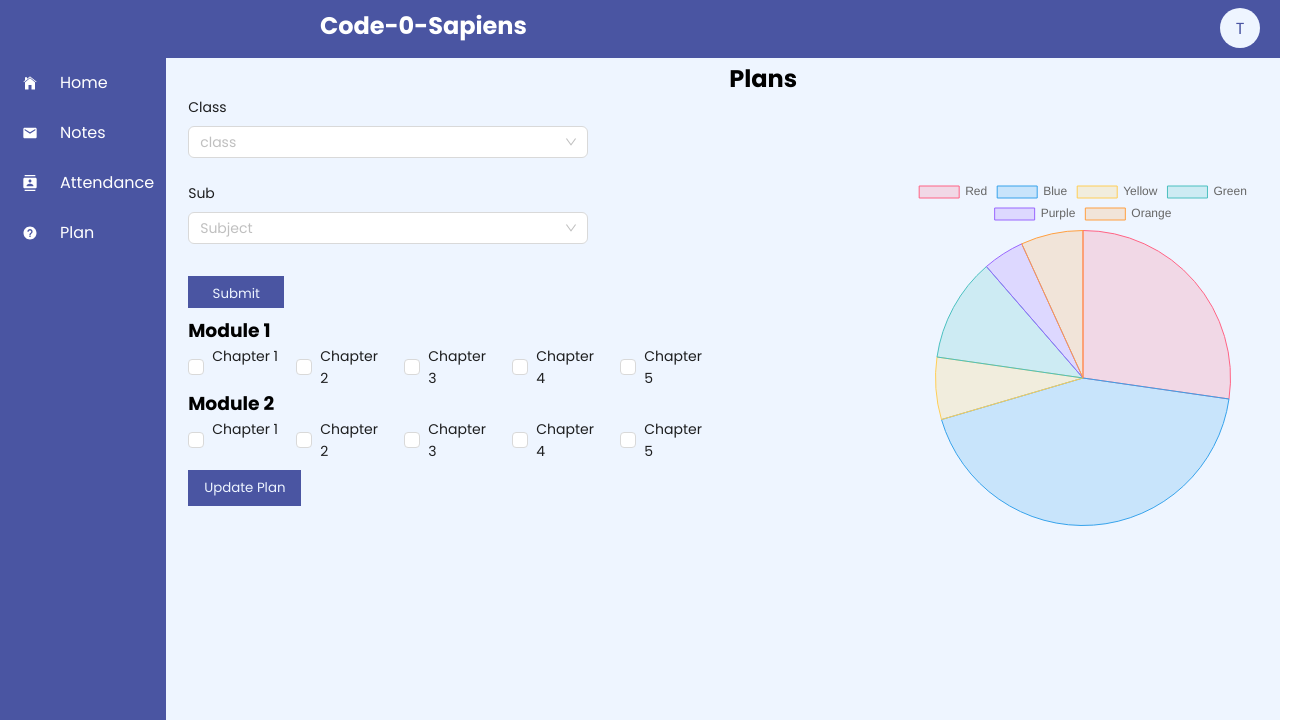
Repository: sinchana-P/code-0-sapiens
Page: /plans (app in client/), after clicking the first element matching `button`
These files come from the project's save history. The page is drawn as it stood at one moment and after the next save; the edit follows.
The browser window is 1280 px wide. The page is 1290 px wide, so the pictures cover 1290 px, including what lies to the right of the window. The pictures show the whole page.
The project was rebuilt for these pictures with package versions that can differ from the ones it lists, and the page was loaded fresh each time. Also part of the build but not shown: client/src/components/auth/login/FormLayoutLogin.jsx, client/src/components/auth/login/Login.jsx, client/src/components/auth/register/FormLayoutRegister.jsx, client/src/components/auth/register/Register.jsx, client/src/components/homeScene/Home.jsx, client/src/components/notes/Notes.jsx, client/src/components/attendance/Attendance.jsx, client/src/components/profile/Profile.jsx and 5 more.

Above is the page before, as saved 2024-03-01 07:47:37.

After the next save:
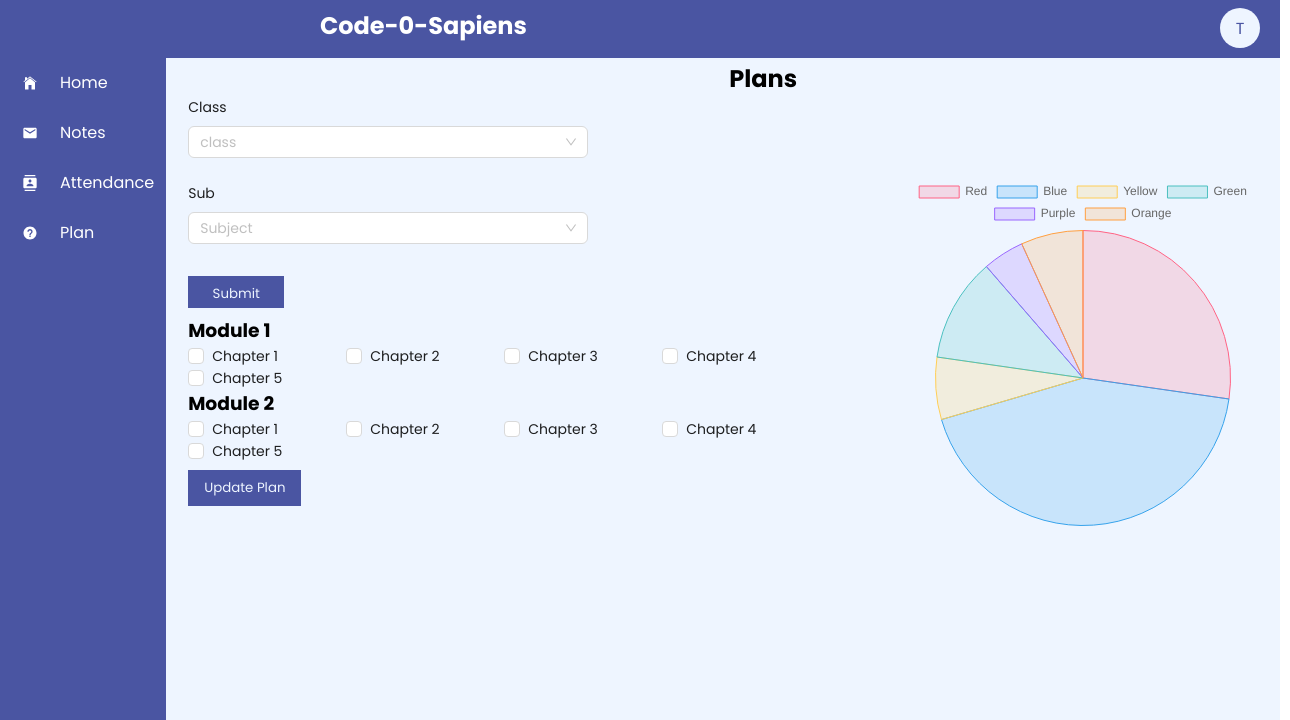
Saved 4 s later.
--- a/client/src/components/plans/Plans.jsx
+++ b/client/src/components/plans/Plans.jsx
@@ -170,7 +170,7 @@ const Plans = () => {
                           <h3>{module}</h3>
                           <CheckboxGroup>
                               {groupedChapters[module].map((chapter, i) => (
-                              <Checkbox checked key={i} value={chapter} style={{width: '100px'}} >
+                              <Checkbox checked key={i} value={chapter} style={{width: '150px'}} >
                                   {chapter}
                               </Checkbox>
                               ))}
